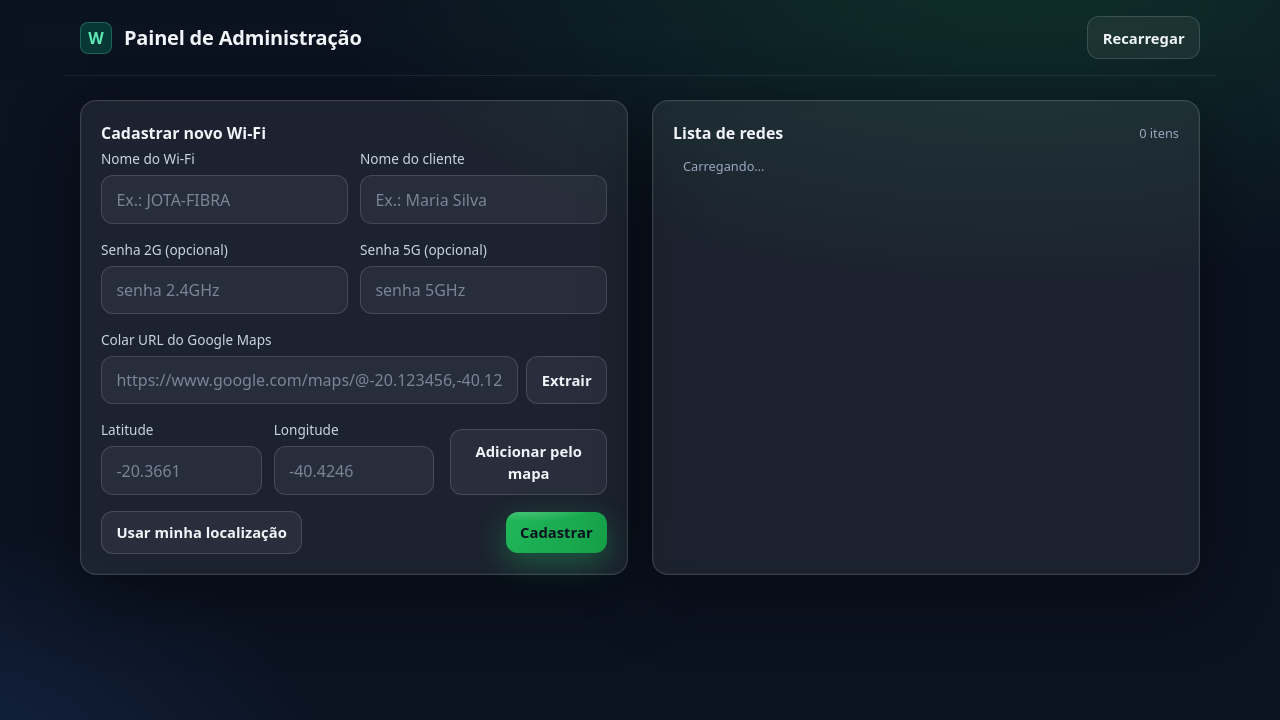
Repository: GRUPOMAX/redes.wifi
Page: /admin
These files come from the project's save history. The page is drawn as it stood at one moment and after the next save; the edit follows.
The browser window is 1280 px wide. The pictures show the whole page.
The page's requests for data from a server got no answer. The project was rebuilt for these pictures with package versions that can differ from the ones it lists, and the page was loaded fresh each time. No one was signed in, and anything a server would have sent is missing. Also part of the build but not shown: vite.config.ts, src/components/MapView.tsx, src/components/FloatingCard.tsx, src/store/useGeo.ts, src/App.tsx, src/components/WifiList.tsx, src/components/MapPickerModal.tsx, src/components/MapModal.tsx.

Above is the page before, as saved 2025-10-21 22:15:12.

After the next save:
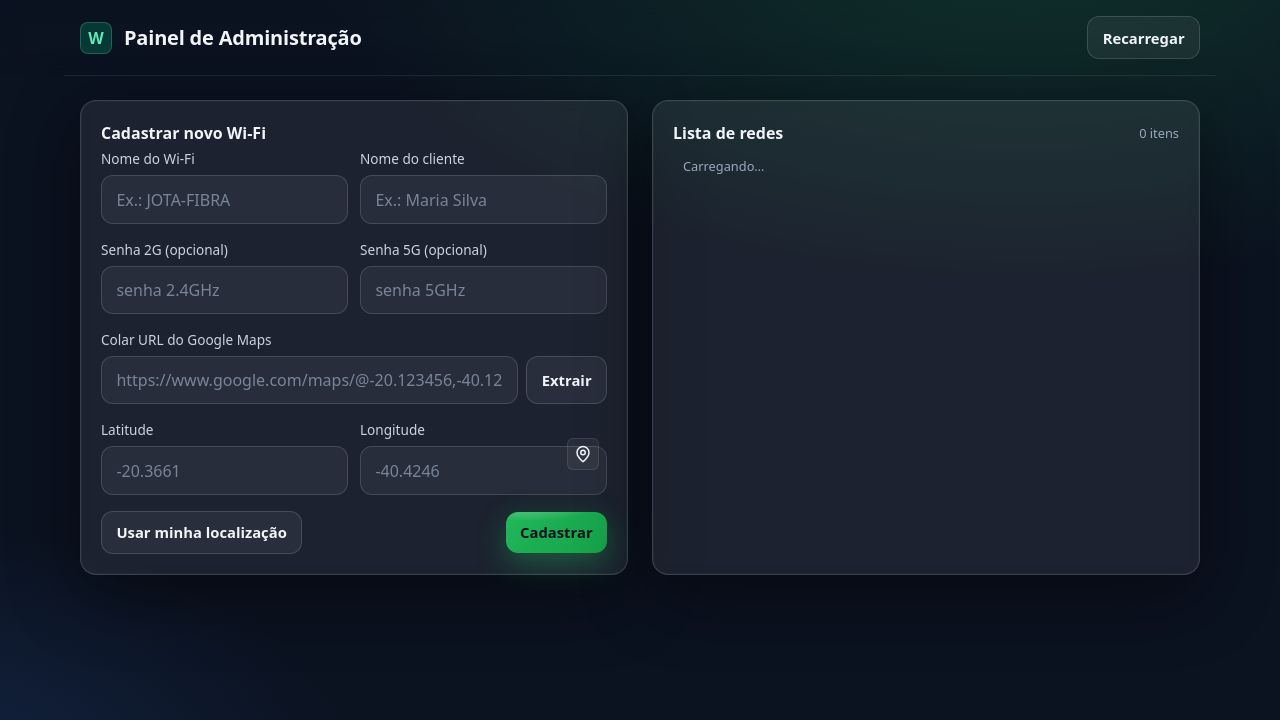
Saved 2 min 17 s later.
--- a/src/components/WifiForm.tsx
+++ b/src/components/WifiForm.tsx
@@ -2,9 +2,10 @@ import { useEffect, useState } from "react";
 import type { WifiNetwork } from "../types";
 import GoogleMapsUrlImporter from "./GoogleMapsUrlImporter";
 import MapPickerModal from "./MapPickerModal";
+import { MapPin } from "lucide-react"; // ⬅️ ícone compacto
 
 interface WifiFormProps {
-  initial?: WifiNetwork | null; // ⬅️ item sendo editado (ou null para criação)
+  initial?: WifiNetwork | null;
   onSave: (id: number | null, data: Partial<WifiNetwork>) => void | Promise<void>;
   onCancelEdit?: () => void;
 }
@@ -17,10 +18,8 @@ export default function WifiForm({ initial = null, onSave, onCancelEdit }: WifiF
   const [lat, setLat] = useState("");
   const [lng, setLng] = useState("");
   const [error, setError] = useState<string | null>(null);
-
   const [mapOpen, setMapOpen] = useState(false);
 
-  // popular ao entrar em modo edição
   useEffect(() => {
     if (initial) {
       setNome(initial["NOME-WIFI"] || "");
@@ -31,7 +30,6 @@ export default function WifiForm({ initial = null, onSave, onCancelEdit }: WifiF
       setLng(String(initial.LONGITUDE ?? ""));
       setError(null);
     } else {
-      // limpinho para criação
       setNome(""); setCliente(""); setSenha2g(""); setSenha5g(""); setLat(""); setLng("");
       setError(null);
     }
@@ -73,10 +71,7 @@ export default function WifiForm({ initial = null, onSave, onCancelEdit }: WifiF
     );
   }
 
-  function openMapPicker() {
-    setMapOpen(true);
-  }
-
+  function openMapPicker() { setMapOpen(true); }
   function onConfirmMap(coords: { lat: number; lng: number }) {
     setLat(String(coords.lat));
     setLng(String(coords.lng));
@@ -100,12 +95,12 @@ export default function WifiForm({ initial = null, onSave, onCancelEdit }: WifiF
           <div>
             <label className="label">Nome do Wi-Fi</label>
             <input className="input" value={nome} onChange={(e)=>{ setNome(e.target.value); setError(null); }}
-                  placeholder="Ex.: JOTA-FIBRA" />
+                   placeholder="Ex.: JOTA-FIBRA" />
           </div>
           <div>
             <label className="label">Nome do cliente</label>
             <input className="input" value={cliente} onChange={(e)=>{ setCliente(e.target.value); setError(null); }}
-                  placeholder="Ex.: Maria Silva" />
+                   placeholder="Ex.: Maria Silva" />
           </div>
         </div>
 
@@ -113,40 +108,46 @@ export default function WifiForm({ initial = null, onSave, onCancelEdit }: WifiF
           <div>
             <label className="label">Senha 2G (opcional)</label>
             <input className="input" value={senha2g} onChange={(e)=>setSenha2g(e.target.value)}
-                  placeholder="senha 2.4GHz" />
+                   placeholder="senha 2.4GHz" />
           </div>
           <div>
             <label className="label">Senha 5G (opcional)</label>
             <input className="input" value={senha5g} onChange={(e)=>setSenha5g(e.target.value)}
-                  placeholder="senha 5GHz" />
+                   placeholder="senha 5GHz" />
           </div>
         </div>
 
-        {/* Importador de URL do Google Maps (continua funcionando) */}
         <GoogleMapsUrlImporter
           onCoords={({ lat: L, lng: G }) => { setLat(String(L)); setLng(String(G)); setError(null); }}
         />
 
-        {/* Coordenadas + ação "Adicionar pelo mapa" */}
-        <div className="grid grid-cols-2 md:grid-cols-3 gap-3 items-end">
+        {/* Coordenadas — ícone de mapa embutido no campo Longitude */}
+        <div className="grid grid-cols-2 gap-3 items-end">
           <div>
             <label className="label">Latitude</label>
             <input className="input" value={lat} onChange={(e)=>{ setLat(e.target.value); setError(null); }}
-                  placeholder="-20.3661" />
+                   placeholder="-20.3661" />
           </div>
-          <div>
+
+          <div className="relative">
             <label className="label">Longitude</label>
-            <input className="input" value={lng} onChange={(e)=>{ setLng(e.target.value); setError(null); }}
-                  placeholder="-40.4246" />
-          </div>
-          <div className="md:pl-1">
+            <input
+              className="input pr-10" // espaço pro ícone
+              value={lng}
+              onChange={(e)=>{ setLng(e.target.value); setError(null); }}
+              placeholder="-40.4246"
+            />
             <button
               type="button"
               onClick={openMapPicker}
-              className="w-full btn btn-secondary"
-              title="Abrir mapa para selecionar localização"
+              title="Selecionar no mapa"
+              aria-label="Selecionar no mapa"
+              className="absolute right-2 top-[34px] -translate-y-1/2
+                         inline-flex h-8 w-8 items-center justify-center
+                         rounded-md border border-white/10
+                         bg-white/5 hover:bg-white/10 transition"
             >
-              Adicionar pelo mapa
+              <MapPin size={18} />
             </button>
           </div>
         </div>
@@ -165,7 +166,6 @@ export default function WifiForm({ initial = null, onSave, onCancelEdit }: WifiF
         {error && <div className="helper text-red-300">{error}</div>}
       </form>
 
-      {/* Modal do mapa */}
       <MapPickerModal
         open={mapOpen}
         onClose={() => setMapOpen(false)}
